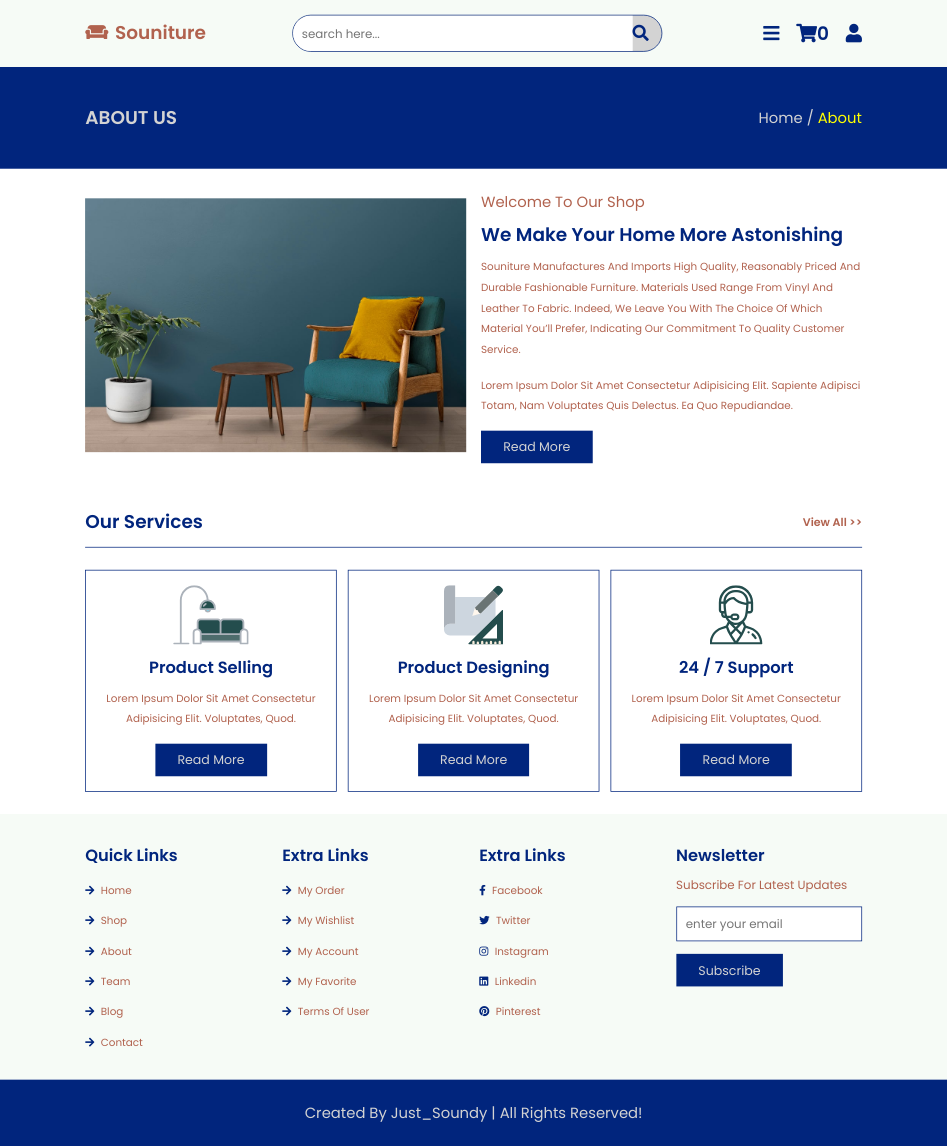
Repository: spencersoundy/furniture-store
Page: about.html
The author's editor kept a copy of each file at every save. The page is drawn from the files as they stood at one save, then again after a run of saves.
The browser window is 1280 px wide. The pictures show the whole page, at 74% of full size.

Above is the page before, as saved 2023-05-04 17:01:35.
Console error: TypeError: Cannot read properties of null (reading 'addEventListener')

### about.html
<!DOCTYPE html>
<html lang="en">
<head>
    <meta charset="UTF-8">
    <meta http-equiv="X-UA-Compatible" content="IE=edge">
    <meta name="viewport" content="width=device-width, initial-scale=1.0">
    <title>about</title>

    <!-- font awesome cdn link  -->
    <link rel="stylesheet" href="https://cdnjs.cloudflare.com/ajax/libs/font-awesome/5.15.4/css/all.min.css">

    <!-- custom css file link  -->
    <link rel="stylesheet" href="css/style.css">

</head>
<body>

<!-- header section starts  -->

<header class="header">

    <a href="home.html" class="logo"> <i class="fas fa-couch"></i> Souniture </a>

    <form action="" class="search-form">
        <input type="search" placeholder="search here..." id="search-box">
        <label for="search-box" class="fas fa-search"></label>
    </form>

    <div class="icons">
        <div id="menu-btn" class="fas fa-bars"></div>
        <div id="search-btn" class="fas fa-search"></div>
        <div id="cart-btn" class="fas fa-shopping-cart"><span id="cart-count-info"></span></div>
        <div id="login-btn" class="fas fa-user"></div>
    </div>

</header>

<!-- header section ends  -->

<!-- closer btn  -->

<div id="closer" class="fas fa-times"></div>

<!-- navbar  -->

<nav class="navbar">
    <a href="home.html">home</a>
    <a href="shop.html">shop</a>
    <a href="about.html">about</a>
    <a href="team.html">team</a>
    <a href="blog.html">blog</a>
    <a href="contact.html">contact</a>
</nav>

<!-- shopping cart  -->

<div class="shopping-cart">
    <div class="cart-list">

    <!-- <div class="box">
        <i class="fas fa-times"></i>
        <img src="image/cart-img-1.jpg" alt="">
        <div class="content">
            <h3>morden furniture</h3>
            <span class="quantity"> 1 </span>
            <span class="multiply"> x </span>
            <span class="price"> $140.00 </span>
        </div>
    </div>-->
    </div>

        <div>
            <h3 class="cart-total">Total:R</h3>
            <span id="cart-total-value"></span>
            </div>
    <a href="#" class="btn">checkout cart</a>

</div>

<!-- login form  -->

<div class="login-form">

    <form action="">
        <h3>login form</h3>
        <input type="email" placeholder="enter your email" class="box">
        <input type="password" placeholder="enter your password" class="box">
        <div class="remember">
            <input type="checkbox" name="" id="remember-me">
            <label for="remember-me">remember me</label>
        </div>
        <input type="submit" value="login now" class="btn">
        <p>forget password? <a href="#">click here</a></p>
        <p>don't have an account? <a href="#">create now</a></p>
    </form>

</div>

<section class="heading">
    <h3>about us</h3>
    <p> <a href="home.html">home</a> / <span>about</span> </p>
</section>

<section class="about">

    <div class="image">
        <img src="image/about-img.jpg" alt="">
    </div>

    <div class="content">
        <span>welcome to our shop</span>
        <h3>we make your home more astonishing</h3>
        <p>Souniture manufactures and imports high quality, reasonably priced and durable fashionable furniture. Materials used range from vinyl and leather to fabric. Indeed, we leave you with the choice of which material you’ll prefer, indicating our commitment to quality customer service.</p>
        <p>Lorem ipsum dolor sit amet consectetur adipisicing elit. Sapiente adipisci totam, nam voluptates quis delectus. Ea quo repudiandae.</p>
        <a href="#" class="btn">read more</a>
    </div>

</section>

<section class="services">

    <h1 class="title"> <span>our services</span> <a href="#">view all >></a> </h1>

    <div class="box-container">

        <div class="box">
            <img src="image/serv-1.svg" alt="">
            <h3>product selling</h3>
            <p>Lorem ipsum dolor sit amet consectetur adipisicing elit. Voluptates, quod.</p>
            <a href="#" class="btn">read more</a>
        </div>

        <div class="box">
            <img src="image/serv-2.svg" alt="">
            <h3>product designing</h3>
            <p>Lorem ipsum dolor sit amet consectetur adipisicing elit. Voluptates, quod.</p>
            <a href="#" class="btn">read more</a>
        </div>

        <div class="box">
            <img src="image/serv-3.svg" alt="">
            <h3>24 / 7 support</h3>
            <p>Lorem ipsum dolor sit amet consectetur adipisicing elit. Voluptates, quod.</p>
            <a href="#" class="btn">read more</a>
        </div>

    </div>

</section>



















<!-- footer section  -->

<section class="footer">

    <div class="box-container">

        <div class="box">
            <h3>quick links</h3>
            <a href="home.html"> <i class="fas fa-arrow-right"></i> home</a>
            <a href="shop.html"> <i class="fas fa-arrow-right"></i> shop</a>
            <a href="about.html"> <i class="fas fa-arrow-right"></i> about</a>
            <a href="team.html"> <i class="fas fa-arrow-right"></i> team</a>
            <a href="blog.html"> <i class="fas fa-arrow-right"></i> blog</a>
            <a href="contact.html"> <i class="fas fa-arrow-right"></i> contact</a>
        </div>

        <div class="box">
            <h3>extra links</h3>
            <a href="#"> <i class="fas fa-arrow-right"></i> my order</a>
            <a href="#"> <i class="fas fa-arrow-right"></i> my wishlist</a>
            <a href="#"> <i class="fas fa-arrow-right"></i> my account</a>
            <a href="#"> <i class="fas fa-arrow-right"></i> my favorite</a>
            <a href="#"> <i class="fas fa-arrow-right"></i> terms of user</a>
        </div>

        <div class="box">
            <h3>extra links</h3>
            <a href="https://www.facebook.com"> <i class="fab fa-facebook-f"></i> facebook</a>
            <a href="https://wwww.twitter.com"> <i class="fab fa-twitter"></i> twitter</a>
            <a href="https://www.instagram.com"> <i class="fab fa-instagram"></i> instagram</a>
            <a href="http://wwww.linkedin.com"> <i class="fab fa-linkedin"></i> linkedin</a>
            <a href="http://wwww.pinterest.com"> <i class="fab fa-pinterest"></i> pinterest</a>
        </div>

        <div class="box">
            <h3>newsletter</h3>
            <p>subscribe for latest updates</p>
            <form action="">
                <input type="email" name="" placeholder="enter your email" id="">
                <input type="submit" value="subscribe" class="btn">
            </form>
        </div>

    </div>

</section>

<section class="credit">
    created by Just_Soundy | all rights reserved!
</section>

<!-- custom js file link  -->
<script src="js/script.js"></script>

</body>
</html>

Loaded but not shown: furniture.json (51 lines, source omitted); js/script.js (231 lines, source omitted); css/style.css (1195 lines, source omitted)

After the next 2 saves:
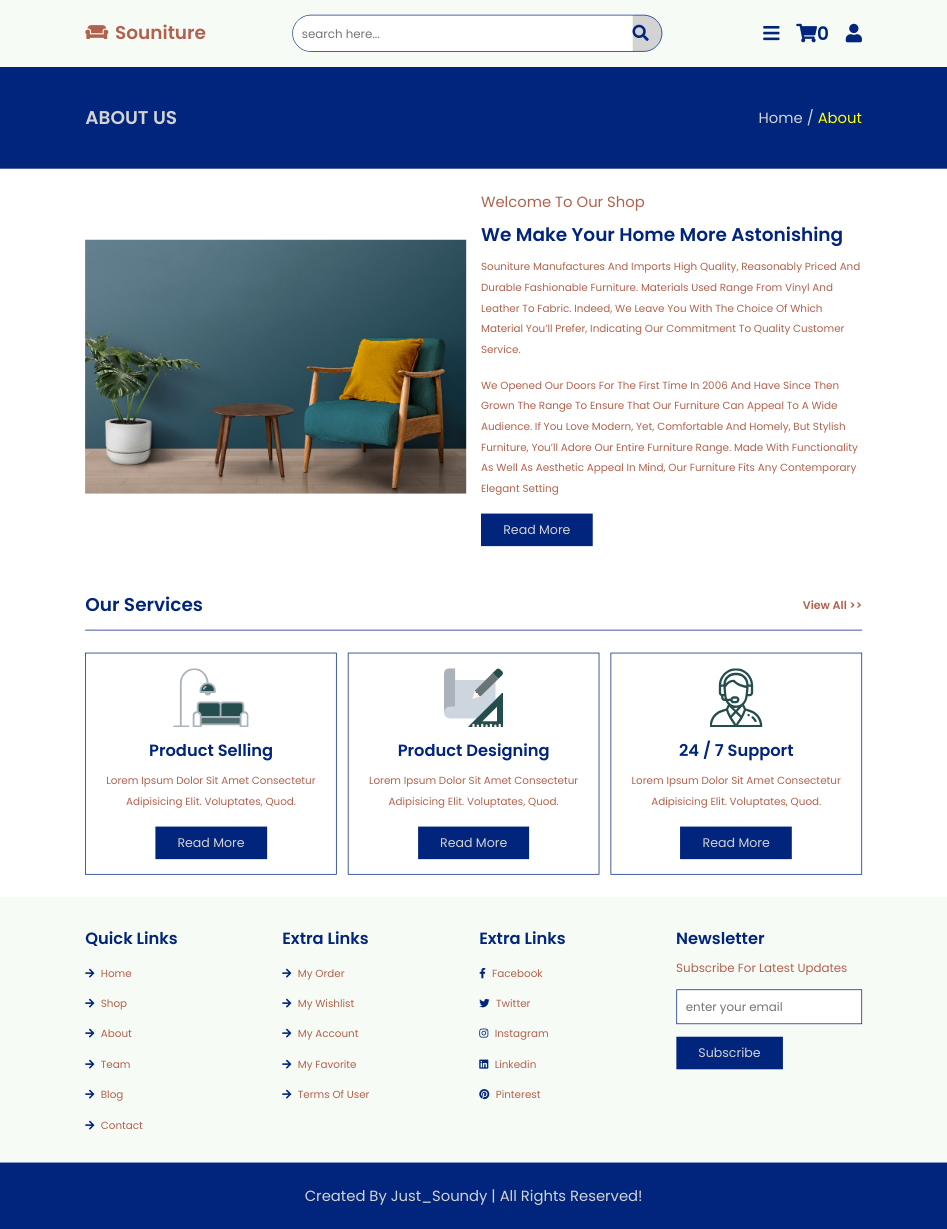
The 2 saves are shown as one change because they came seconds apart.
The last was saved 81 s later.
--- a/about.html
+++ b/about.html
@@ -111,7 +111,7 @@
         <span>welcome to our shop</span>
         <h3>we make your home more astonishing</h3>
         <p>Souniture manufactures and imports high quality, reasonably priced and durable fashionable furniture. Materials used range from vinyl and leather to fabric. Indeed, we leave you with the choice of which material you’ll prefer, indicating our commitment to quality customer service.</p>
-        <p>Lorem ipsum dolor sit amet consectetur adipisicing elit. Sapiente adipisci totam, nam voluptates quis delectus. Ea quo repudiandae.</p>
+        <p>We opened our doors for the first time in 2006 and have since then grown the range to ensure that our furniture can appeal to a wide audience. If you love modern, yet, comfortable and homely, but stylish furniture, you’ll adore our entire furniture range. Made with functionality as well as aesthetic appeal in mind, our furniture fits any contemporary elegant setting</p>
         <a href="#" class="btn">read more</a>
     </div>
 
